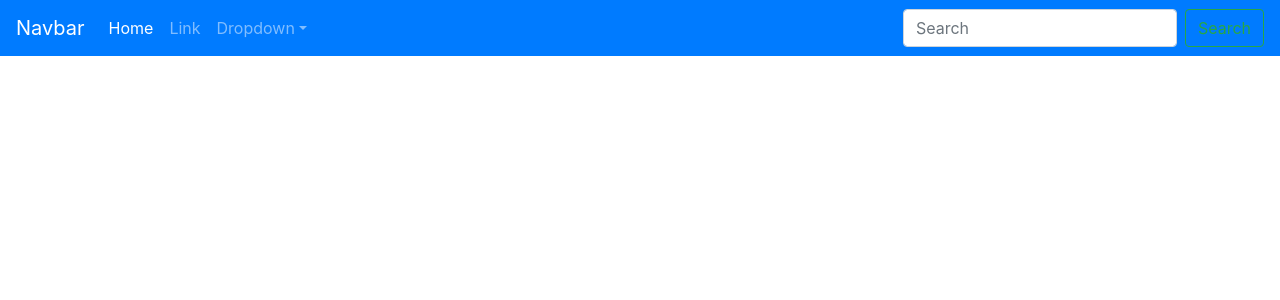
Repository: Tung1227/PBL6-2022
Page: index.html
The author's editor kept a copy of each file at every save. The page is drawn from the files as they stood at one save, then again after the next save.
The browser window is 1280 px wide. The pictures show the whole page.

Above is the page before, as saved 2022-09-15 20:49:39.

### index.html
<!doctype html>
<html lang="en">
  <head>
    <title>Title</title>
    <!-- Required meta tags -->
    <meta charset="utf-8">
    <meta name="viewport" content="width=device-width, initial-scale=1, shrink-to-fit=no">

    <!-- Bootstrap CSS -->
    <link rel="stylesheet" href="https://stackpath.bootstrapcdn.com/bootstrap/4.3.1/css/bootstrap.min.css" integrity="sha384-ggOyR0iXCbMQv3Xipma34MD+dH/1fQ784/j6cY/iJTQUOhcWr7x9JvoRxT2MZw1T" crossorigin="anonymous">
  </head>
  <body>
      <nav class="navbar navbar-expand-sm navbar-dark bg-primary">
          <a class="navbar-brand" href="#">Navbar</a>
          <button class="navbar-toggler d-lg-none" type="button" data-toggle="collapse" data-target="#collapsibleNavId" aria-controls="collapsibleNavId"
              aria-expanded="false" aria-label="Toggle navigation"></button>
          <div class="collapse navbar-collapse" id="collapsibleNavId">
              <ul class="navbar-nav mr-auto mt-2 mt-lg-0">
                  <li class="nav-item active">
                      <a class="nav-link" href="#">Home <span class="sr-only">(current)</span></a>
                  </li>
                  <li class="nav-item">
                      <a class="nav-link" href="#">Link</a>
                  </li>
                  <li class="nav-item dropdown">
                      <a class="nav-link dropdown-toggle" href="#" id="dropdownId" data-toggle="dropdown" aria-haspopup="true" aria-expanded="false">Dropdown</a>
                      <div class="dropdown-menu" aria-labelledby="dropdownId">
                          <a class="dropdown-item" href="#">Action 1</a>
                          <a class="dropdown-item" href="#">Action 2</a>
                      </div>
                  </li>
              </ul>
              <form class="form-inline my-2 my-lg-0">
                  <input class="form-control mr-sm-2" type="text" placeholder="Search">
                  <button class="btn btn-outline-success my-2 my-sm-0" type="submit">Search</button>
              </form>
          </div>
      </nav>
    <!-- Optional JavaScript -->
    <!-- jQuery first, then Popper.js, then Bootstrap JS -->
    <script src="https://code.jquery.com/jquery-3.3.1.slim.min.js" integrity="sha384-q8i/X+965DzO0rT7abK41JStQIAqVgRVzpbzo5smXKp4YfRvH+8abtTE1Pi6jizo" crossorigin="anonymous"></script>
    <script src="https://cdnjs.cloudflare.com/ajax/libs/popper.js/1.14.7/umd/popper.min.js" integrity="sha384-UO2eT0CpHqdSJQ6hJty5KVphtPhzWj9WO1clHTMGa3JDZwrnQq4sF86dIHNDz0W1" crossorigin="anonymous"></script>
    <script src="https://stackpath.bootstrapcdn.com/bootstrap/4.3.1/js/bootstrap.min.js" integrity="sha384-JjSmVgyd0p3pXB1rRibZUAYoIIy6OrQ6VrjIEaFf/nJGzIxFDsf4x0xIM+B07jRM" crossorigin="anonymous"></script>
  </body>
</html>

After the next save:
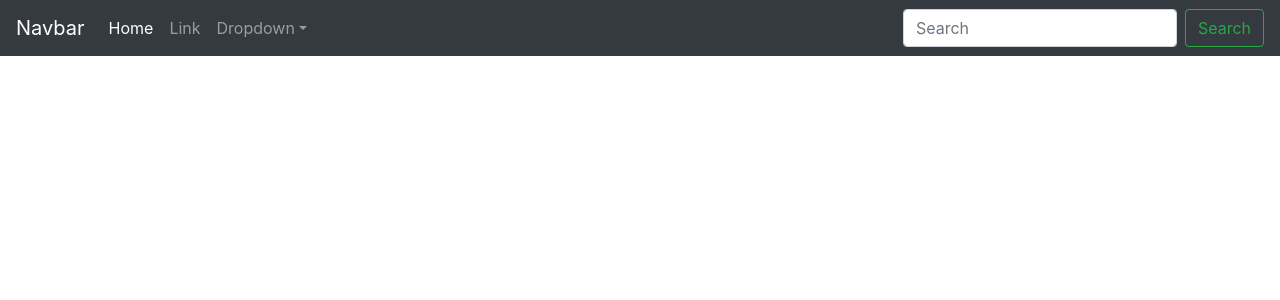
Saved 17 s later.
--- a/index.html
+++ b/index.html
@@ -10,7 +10,7 @@
     <link rel="stylesheet" href="https://stackpath.bootstrapcdn.com/bootstrap/4.3.1/css/bootstrap.min.css" integrity="sha384-ggOyR0iXCbMQv3Xipma34MD+dH/1fQ784/j6cY/iJTQUOhcWr7x9JvoRxT2MZw1T" crossorigin="anonymous">
   </head>
   <body>
-      <nav class="navbar navbar-expand-sm navbar-dark bg-primary">
+      <nav class="navbar navbar-expand-sm navbar-dark bg-dark">
           <a class="navbar-brand" href="#">Navbar</a>
           <button class="navbar-toggler d-lg-none" type="button" data-toggle="collapse" data-target="#collapsibleNavId" aria-controls="collapsibleNavId"
               aria-expanded="false" aria-label="Toggle navigation"></button>
